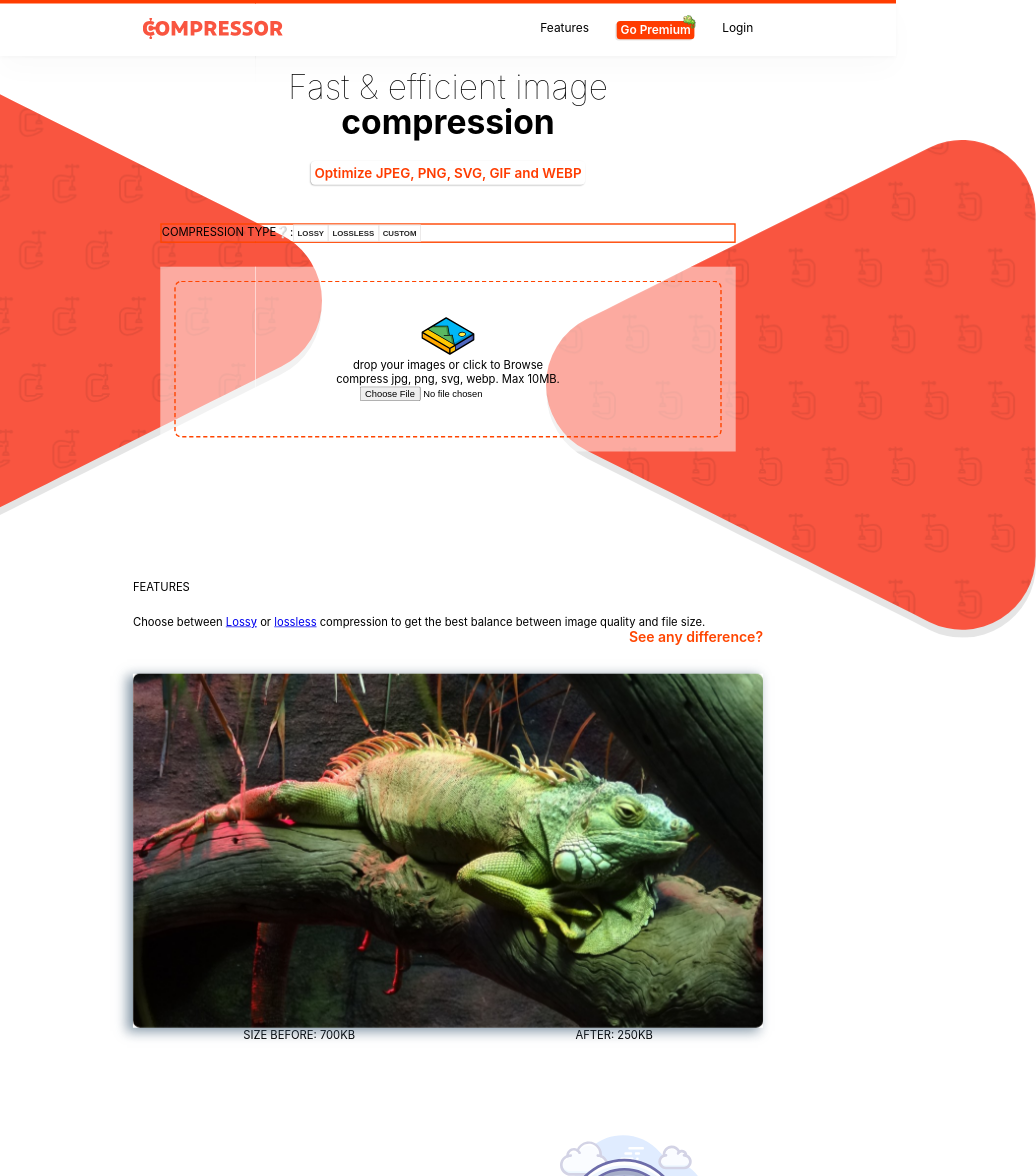
Repository: akindbest/compressor-clone
Page: Compressor project/compressor.html
An editor plug-in stored every save of this project. The page is shown before and after the next save, followed by the edit.
The browser window is 1280 px wide. The page is 1480 px wide, so the pictures cover 1480 px, including what lies to the right of the window. The pictures show the part of the page from y = 0 to 1680 px (the page is 2545 px tall before and 2511 px after), at 70% of full size.

Above is the page before, as saved 2025-10-02 11:09:04.

After the next save:
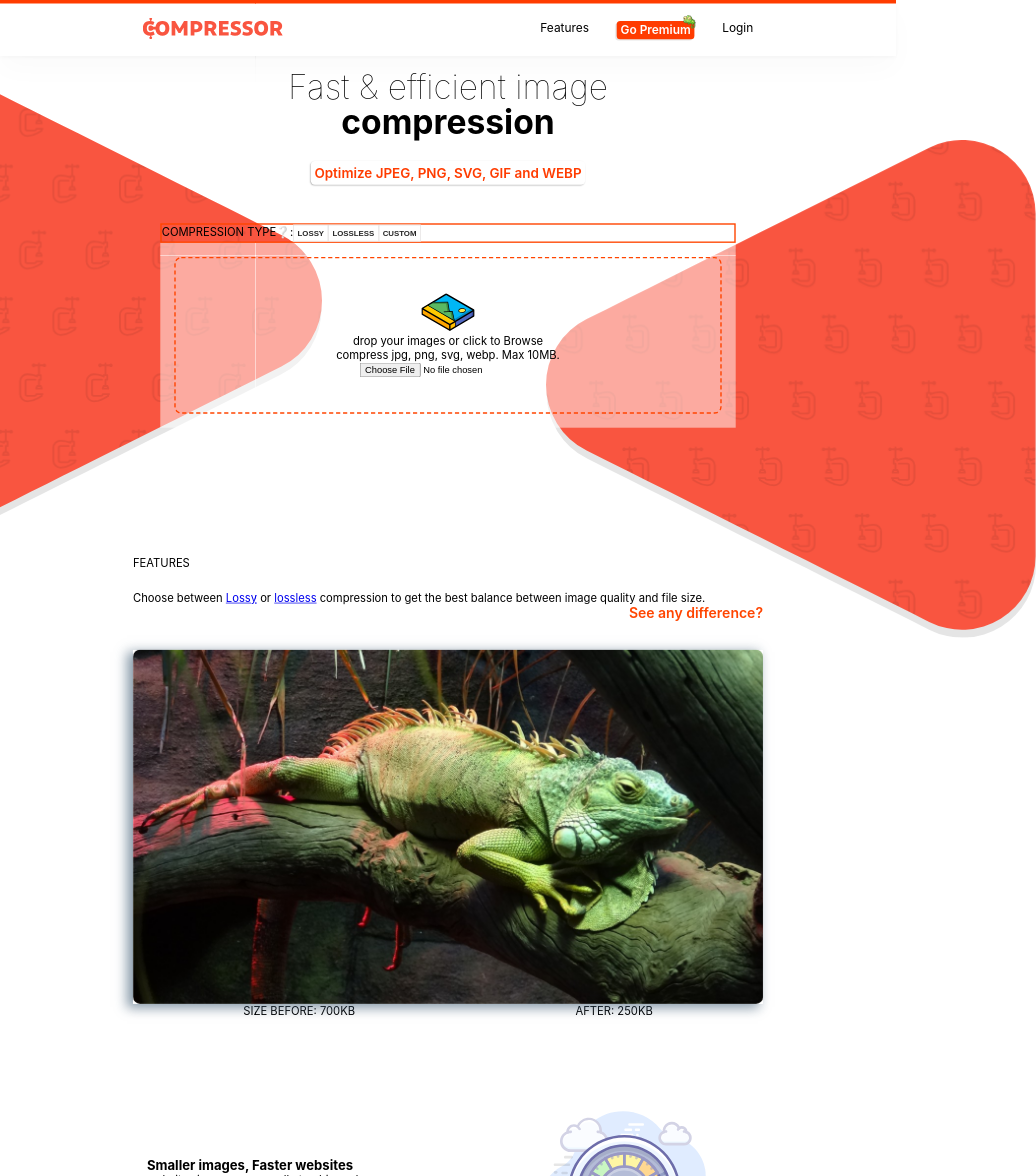
Saved 17 s later.
--- a/Compressor project/compressor.css
+++ b/Compressor project/compressor.css
@@ -164,7 +164,7 @@ main {
 .gallery {
   background-color: rgba(255, 255, 255, 0.5);
   padding: 20px;
-  margin-top: 34px;
+  /* margin-top: 34px; */
   /* border-radius: 15px; */
 }
 
